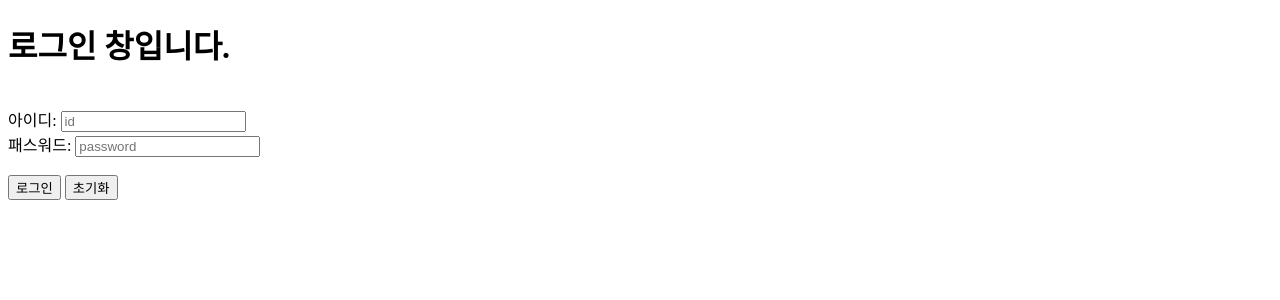
Repository: djdh94/jsp_practice
Page: http://localhost/JSPBasic/jspObject/1.requests/req_login_form.jsp
An editor plug-in stored every save of this project. The page is shown before and after the next save, followed by the edit.
The browser window is 1280 px wide. The pictures show the whole page.
The page is served by Tomcat 9.

Above is the page before, as saved 2022-02-04 01:28:51.

After the next save:
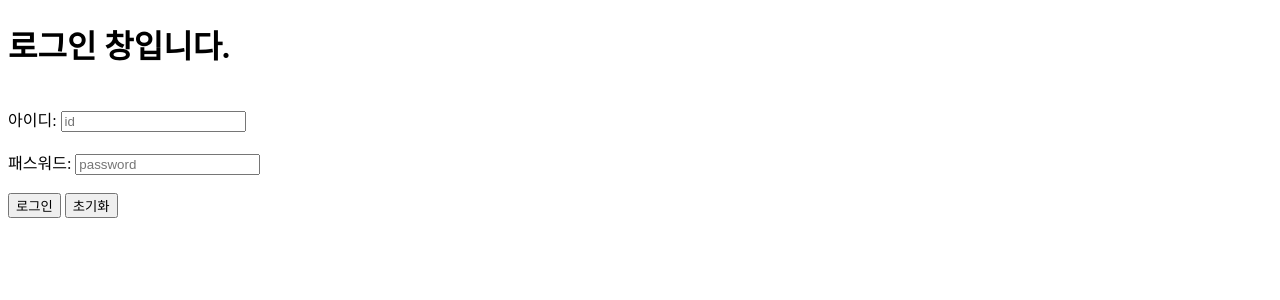
Saved 8 s later.
--- a/JSPBasic/src/main/webapp/jspObject/1.requests/req_login_form.jsp
+++ b/JSPBasic/src/main/webapp/jspObject/1.requests/req_login_form.jsp
@@ -9,7 +9,7 @@
 <body>
 	<form action="req_login_result.jsp" method="post">
 	<h1>로그인 창입니다.</h1><br/>
-	아이디: <input type="text" name="id" placeholder="id"><br/>
+	아이디: <input type="text" name="id" placeholder="id"><br/><br/>
 	패스워드: <input type="password" name="password" placeholder="password"><br/><br/>
 	<input type="submit" value="로그인">
 	<input type="reset" value="초기화"/>
